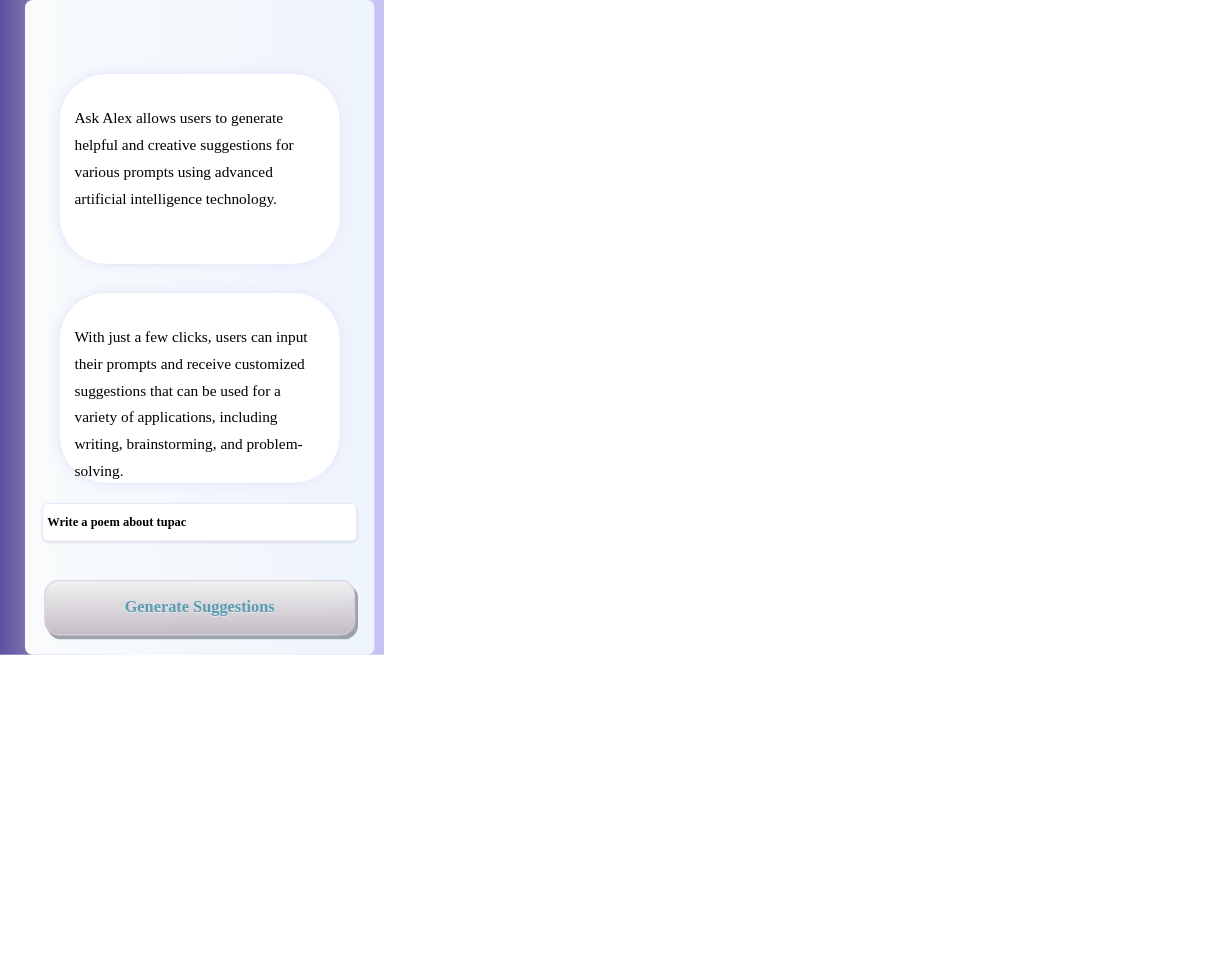
Repository: djdjdallas/AskAlex
Page: /
An editor plug-in stored every save of this project. The page is shown before and after the next save, followed by the edit.
The browser window is 1280 px wide. The pictures show the whole page, at 96% of full size.
The project was rebuilt for these pictures with package versions that can differ from the ones it lists, and the page was loaded fresh each time. Also part of the build but not shown: webpack.config.js.

Above is the page before, as saved 2023-02-27 17:44:23.

After the next save:
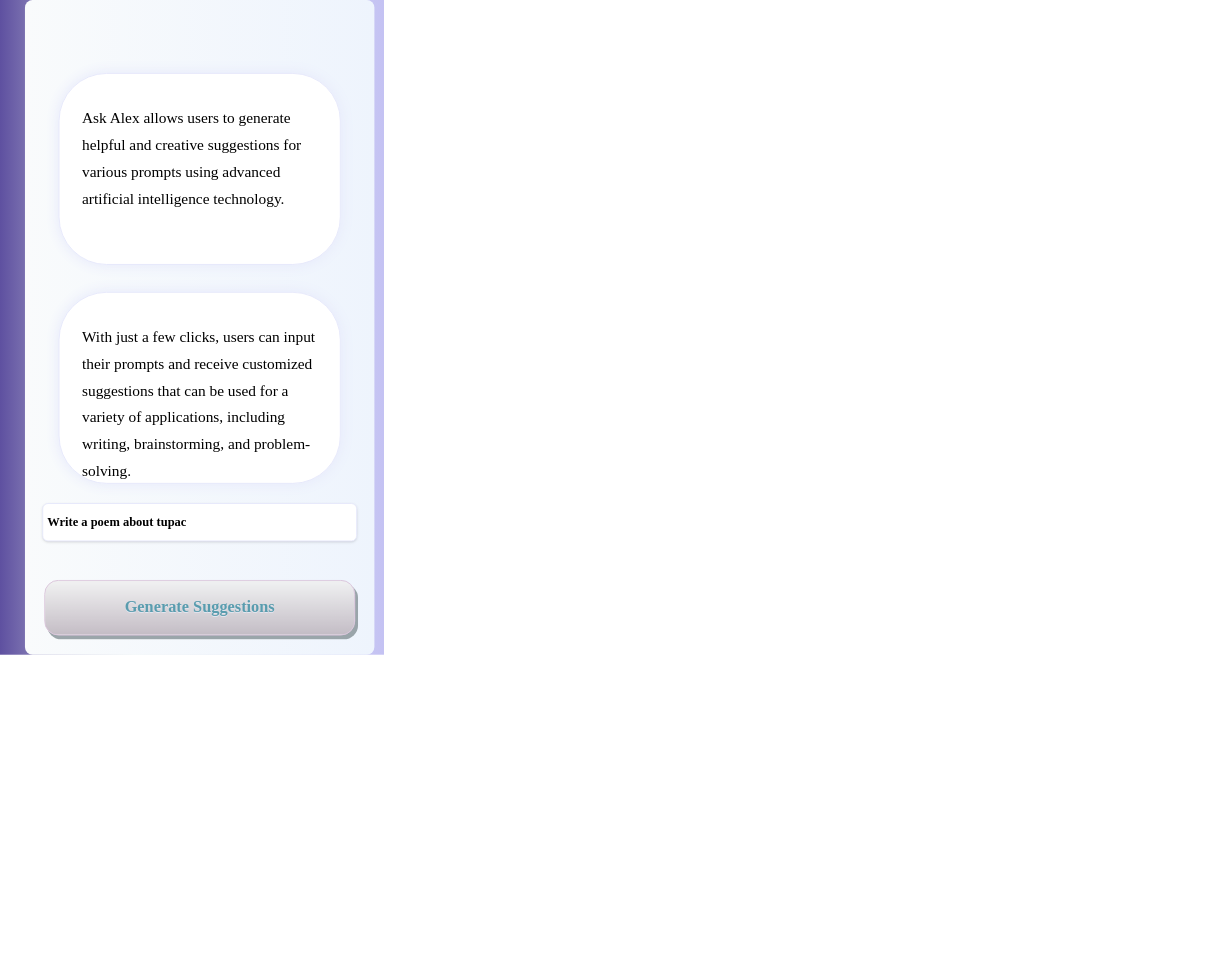
Saved 32 s later.
--- a/src/App.css
+++ b/src/App.css
@@ -58,6 +58,7 @@
 .subText{
   font-size: 1rem;
   margin-top: 1rem;
+  padding: 0 3%;
 
 }
 .myButton {
